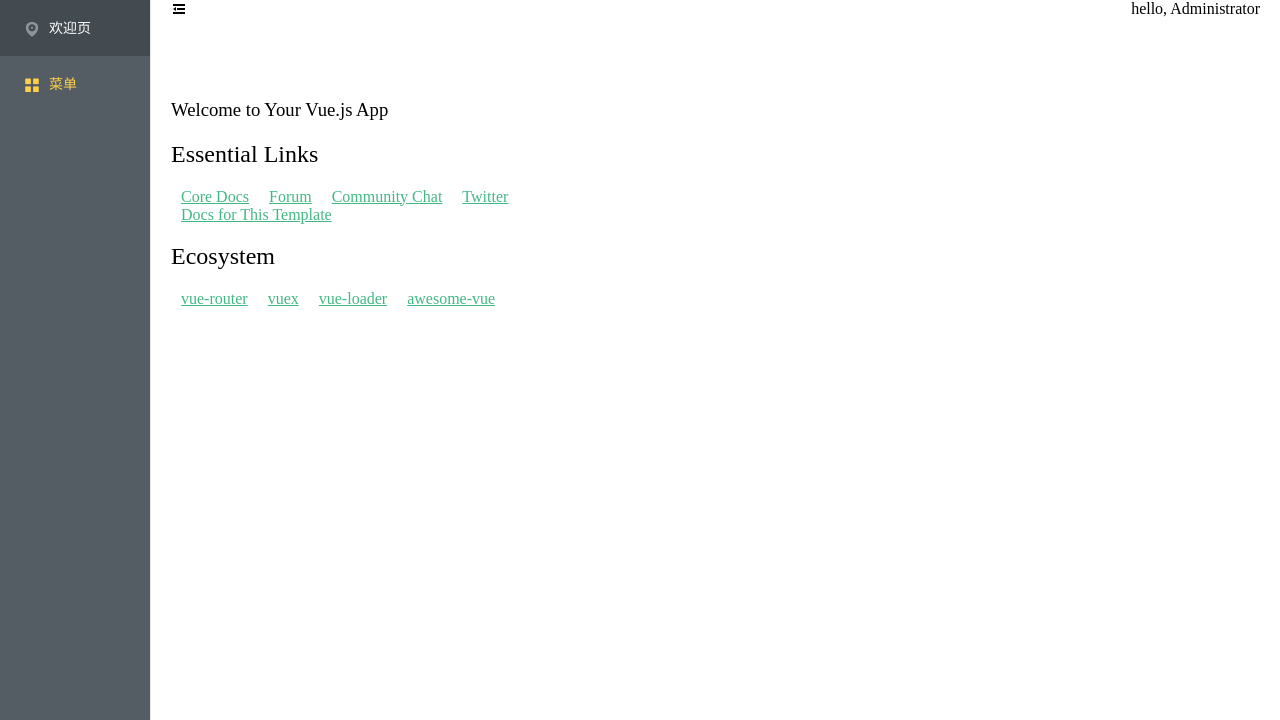
Repository: qianxuebing/admin
Page: /HelloWorld
An editor plug-in stored every save of this project. The page is shown before and after the next save, followed by the edit.
The browser window is 1280 px wide. The pictures show the whole page.
The project was rebuilt for these pictures with package versions that can differ from the ones it lists, and the page was loaded fresh each time. Imported but missing from the stored project, and not drawn on this page: src/views/home/Home.

Above is the page before, as saved 2019-12-09 15:35:09.

After the next save:
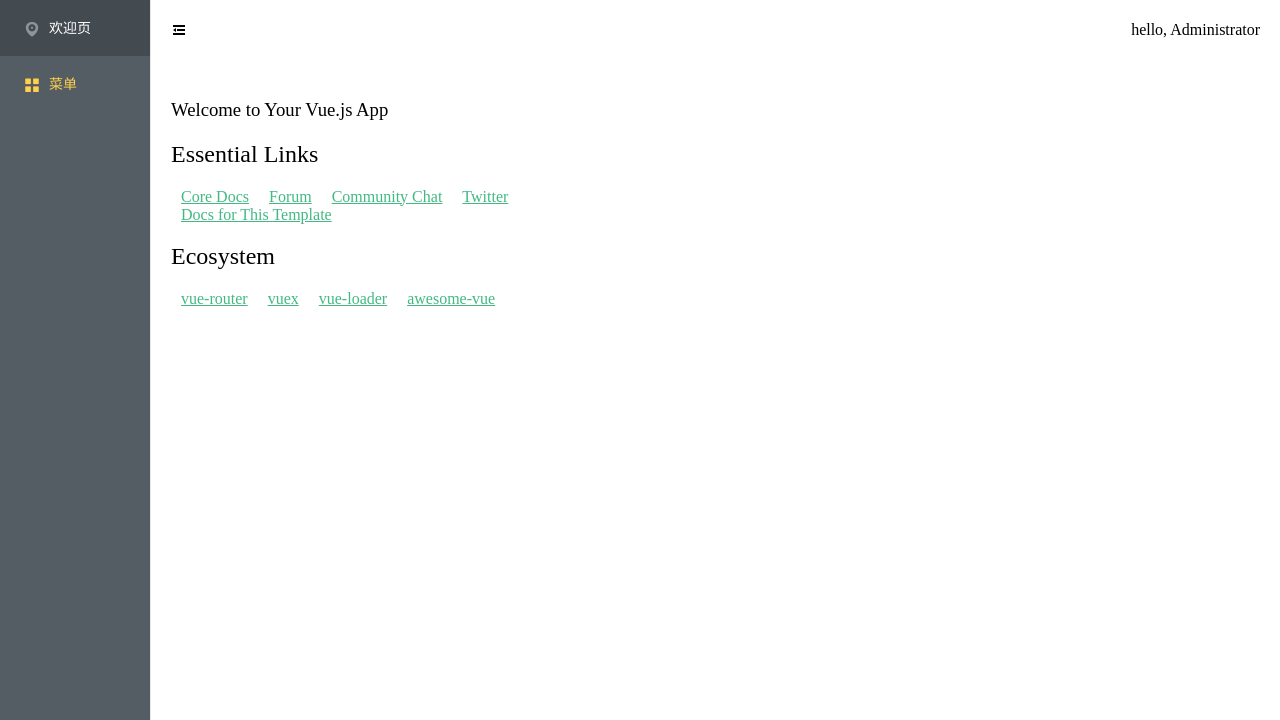
Saved 14 s later.
--- a/src/components/NavBar.vue
+++ b/src/components/NavBar.vue
@@ -21,6 +21,7 @@ export default {
 
 <style>
 	.header-inner {
+		height: 60px;
 		display: flex;
 		align-items: center;
 		justify-content: space-between;
